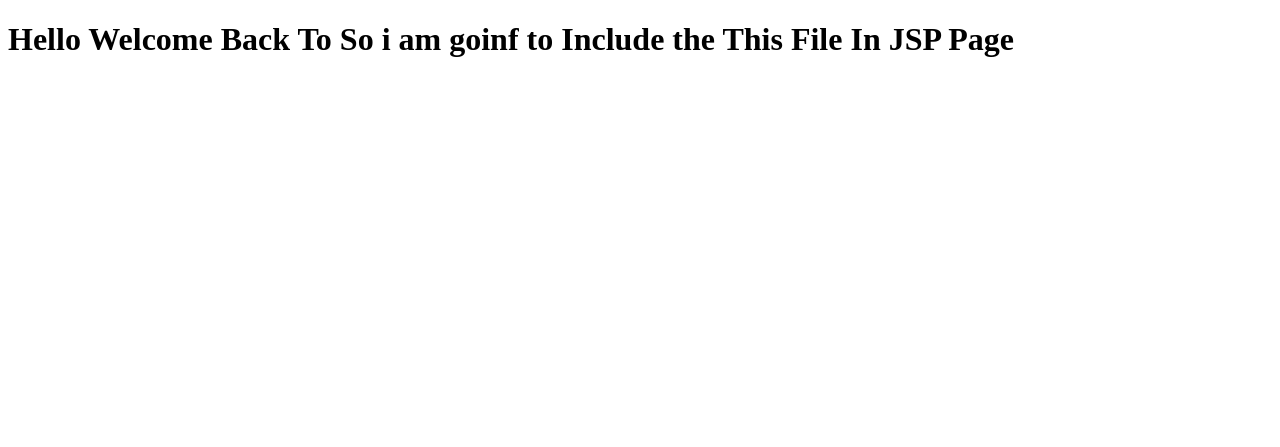
Repository: Sunil-731820/AllWorkingModels
Page: HibernatesProject/JSFUsingBean/src/main/webapp/a.html
The author's editor kept a copy of each file at every save. The page is drawn from the files as they stood at one save, then again after the next save.
The browser window is 1280 px wide. The pictures show the whole page.

Above is the page before, as saved 2022-10-27 06:27:07.

After the next save:
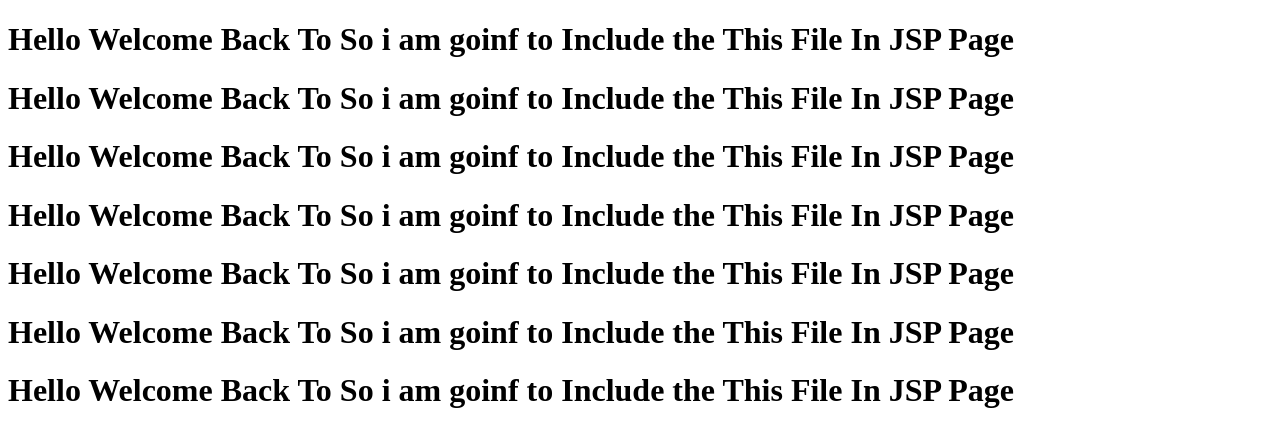
Saved 40 s later.
--- a/HibernatesProject/JSFUsingBean/src/main/webapp/a.html
+++ b/HibernatesProject/JSFUsingBean/src/main/webapp/a.html
@@ -6,5 +6,11 @@
 </head>
 <body>
 <h1>Hello Welcome Back To So i am goinf to Include the This File In JSP Page</h1>
+<h1>Hello Welcome Back To So i am goinf to Include the This File In JSP Page</h1>
+<h1>Hello Welcome Back To So i am goinf to Include the This File In JSP Page</h1>
+<h1>Hello Welcome Back To So i am goinf to Include the This File In JSP Page</h1>
+<h1>Hello Welcome Back To So i am goinf to Include the This File In JSP Page</h1>
+<h1>Hello Welcome Back To So i am goinf to Include the This File In JSP Page</h1>
+<h1>Hello Welcome Back To So i am goinf to Include the This File In JSP Page</h1>
 </body>
 </html>
